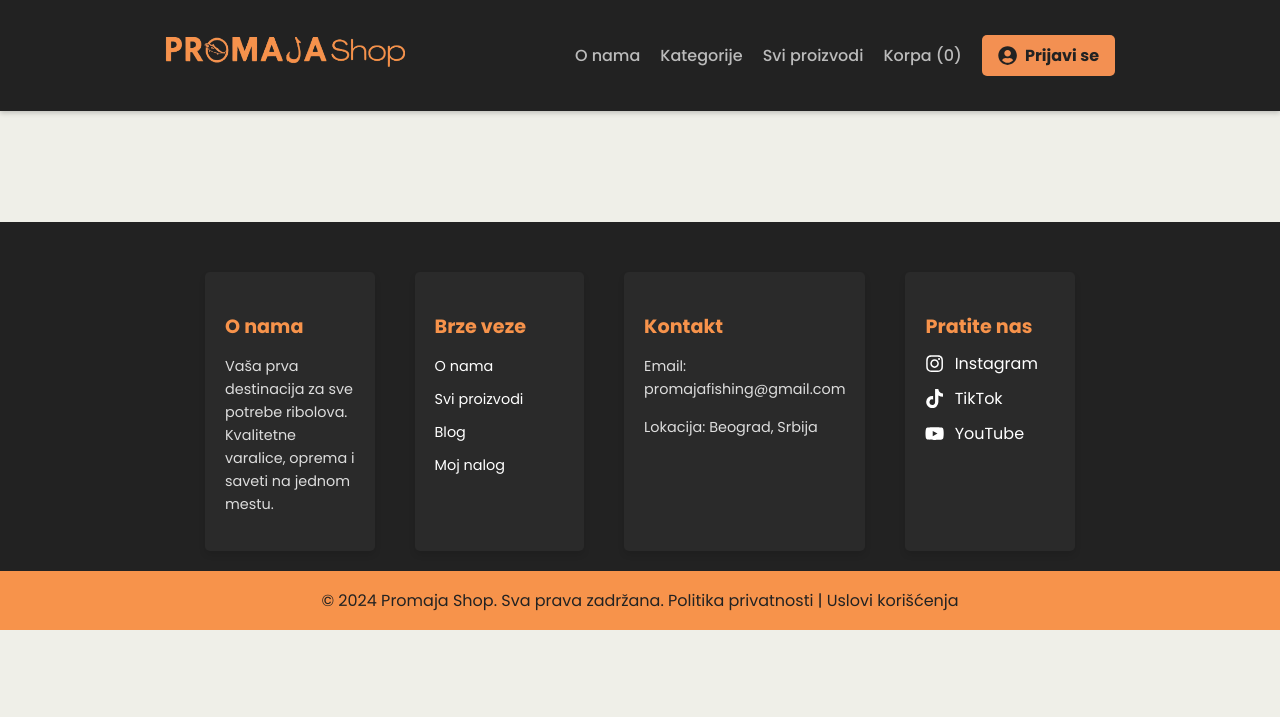
Repository: dimitrijekokovic/PromajaShopFront
Page: /products
These files come from the project's save history. The page is drawn as it stood at one moment and after the next save; the edit follows.
The browser window is 1280 px wide. The pictures show the whole page.
The page's requests for data from a server got no answer. The project was rebuilt for these pictures with package versions that can differ from the ones it lists, and the page was loaded fresh each time. The framework's server and built-in components were replaced by stand-ins that run in the browser. No one was signed in, and anything a server would have sent is missing. Also part of the build but not shown: next.config.js, next.config.mjs, lib/colors.js, components/Button.js, components/icons/CartIcon.js, components/ProductBox.js.

Above is the page before, as saved 2025-01-25 01:37:50.

After the next save:
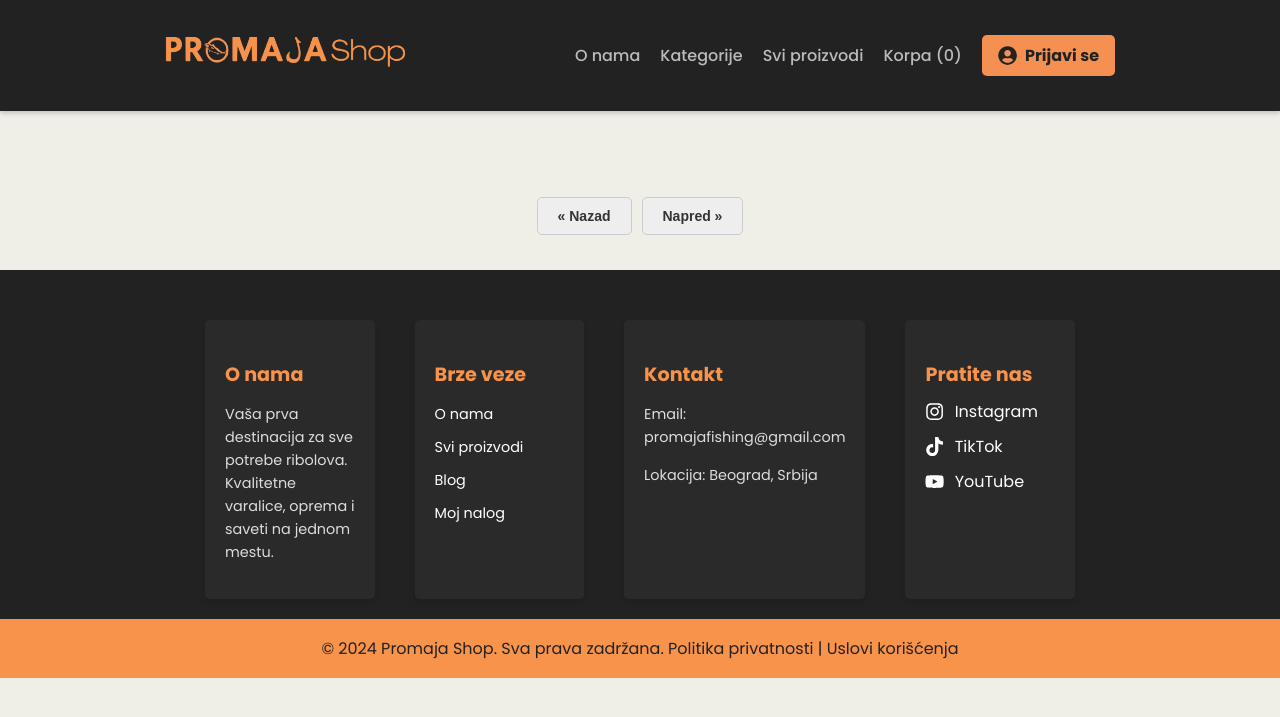
Saved 4 min 16 s later.
--- a/pages/products.js
+++ b/pages/products.js
@@ -11,10 +11,19 @@ import Footer from "@/components/Footer";
 const Pagination = styled.div`
   display: flex;
   justify-content: center;
+  align-items: center;
   margin-top: 20px;
+  flex-wrap: wrap;
+
+  .pagination-buttons {
+    display: flex;
+    flex-wrap: wrap;
+    gap: 5px;
+    justify-content: center;
+  }
 
   button {
-    margin: 0 5px;
+    margin: 5px;
     padding: 10px 15px;
     background-color: #eee;
     border: 1px solid #ccc;
@@ -28,12 +37,17 @@ const Pagination = styled.div`
     }
 
     &.active {
-      background-color: #f59051; /* Svetlija narandžasta */
+      background-color: #f59051;
       color: #fff;
 
       @media (max-width: 768px) {
-        background-color: #f58040; /* Još svetlija narandžasta za mobilne uređaje */
+        background-color: #f58040;
       }
+    }
+
+    &.nav-button {
+      font-weight: bold;
+      padding: 10px 20px;
     }
   }
 `;
@@ -78,7 +92,23 @@ export default function ProductsPage() {
   const currentProducts = products.slice(startIndex, endIndex);
 
   const handlePageChange = (page) => {
-    setCurrentPage(page);
+    if (page > 0 && page <= totalPages) {
+      setCurrentPage(page);
+    }
+  };
+
+  const maxButtonsToShow = 5;
+  const halfRange = Math.floor(maxButtonsToShow / 2);
+
+  const getVisiblePages = () => {
+    let startPage = Math.max(currentPage - halfRange, 1);
+    let endPage = Math.min(startPage + maxButtonsToShow - 1, totalPages);
+
+    if (endPage - startPage < maxButtonsToShow - 1) {
+      startPage = Math.max(endPage - maxButtonsToShow + 1, 1);
+    }
+
+    return Array.from({ length: endPage - startPage + 1 }, (_, i) => startPage + i);
   };
 
   return (
@@ -88,15 +118,31 @@ export default function ProductsPage() {
         <Title>{categoryName}</Title>
         <ProductsGrid products={currentProducts} />
         <Pagination>
-          {Array.from({ length: totalPages }, (_, i) => (
-            <button
-              key={i}
-              onClick={() => handlePageChange(i + 1)}
-              className={currentPage === i + 1 ? "active" : ""}
-            >
-              {i + 1}
-            </button>
-          ))}
+          <button
+            className="nav-button"
+            onClick={() => handlePageChange(currentPage - 1)}
+            disabled={currentPage === 1}
+          >
+            &#171; Nazad
+          </button>
+          <div className="pagination-buttons">
+            {getVisiblePages().map((page) => (
+              <button
+                key={page}
+                onClick={() => handlePageChange(page)}
+                className={currentPage === page ? "active" : ""}
+              >
+                {page}
+              </button>
+            ))}
+          </div>
+          <button
+            className="nav-button"
+            onClick={() => handlePageChange(currentPage + 1)}
+            disabled={currentPage === totalPages}
+          >
+            Napred &#187;
+          </button>
         </Pagination>
       </Center>
       <Footer />
